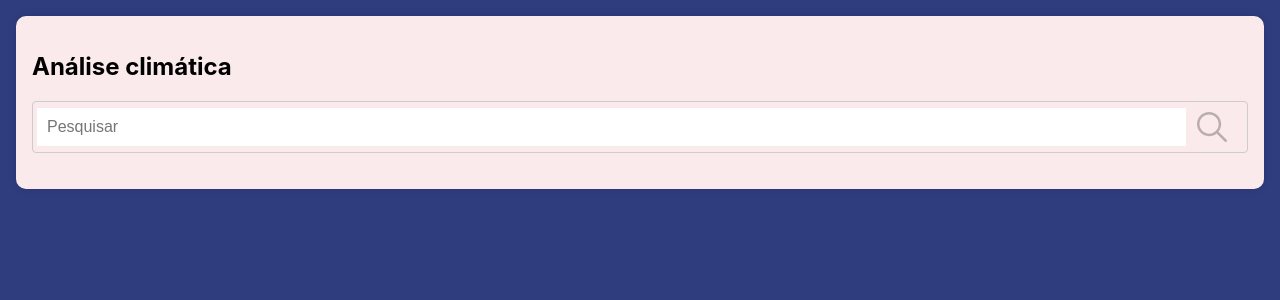
Repository: yurilemos/climate-check
Page: /
These files come from the project's save history. The page is drawn as it stood at one moment and after the next save; the edit follows.
The browser window is 1280 px wide. The pictures show the whole page.
The project was rebuilt for these pictures with package versions that can differ from the ones it lists, and the page was loaded fresh each time. Also part of the build but not shown: src/pages/notFound/index.jsx.

Above is the page before, as saved 2023-05-19 17:48:19.

### src/App.js
import "./global.css";
import { Router } from "./router";

function App() {
  return <Router />;
}

export default App;

### src/global.css
:root {
  --cor-azul-escuro: #2F3C7E;
  --cor-rosa-claro: #FBEAEB;
  --cor-azul-claro: #94A2D9;
  --cor-azul-medio: #5B6BAA;
  --cor-azul-marinho: #1C244E;
  --cor-rosa-medio: #F4C4C7;
  --cor-rosa-escuro: #E38084;
  --cor-cinza-claro: #EAEAEA;
  --cor-cinza-escuro: #6B6B6B;
  --cor-branco: #FFFFFF;
}


body {
  background-color: var(--cor-azul-escuro);
}

### src/router/index.jsx
import React from 'react';
import { BrowserRouter, Routes, Route } from 'react-router-dom';
import { Home } from '../pages/home';
import { NotFound } from '../pages/notFound';


export const Router = () => {
  return (
    <BrowserRouter>
      <Routes>
        <Route path="/" element={<Home />} />
        <Route path="*" element={<NotFound />} />
      </Routes>
    </BrowserRouter>
  );
};

### src/pages/home/index.jsx
import React from "react";
import SearchInput from "../../components/searchInput";
import Card from "../../components/card";
import { HomeBody } from "./style";


export const Home = () => {

  return (
    <HomeBody>
      <Card>
        <h2>Análise climática</h2>
        <SearchInput label="Pesquisar" onSearch={(e)=>{console.log(e)}}/>

      </Card>
    </HomeBody>
  );
};

### src/components/searchInput/index.jsx
import React, { useState } from 'react';
import { CustomSearchContainer, SearchContent, Input, SearchButton, SearchIcon } from './style.js';

const SearchInput = ({label, onSearch}) => {
  const [searchValue, setSearchValue] = useState('');

  const handleSearch = () => {
    // Lógica para executar a ação de pesquisa
    onSearch(searchValue);
  };

  const handleKeyDown = (event) => {
    if (event.key === 'Enter') {
      handleSearch();
    }
  };

  return (
   <CustomSearchContainer>
    <SearchContent>
      <Input
          id="custom-search"
          placeholder={label ?? 'Pesquisar'}
          type="search"
          value={searchValue}
          onChange={(event) => setSearchValue(event.target.value)}
          onKeyDown={handleKeyDown}
        />
        <SearchButton
          className="search-icon"
          onClick={handleSearch}
        >
          <SearchIcon src="images/search-icon.svg" alt='pesquisar' />
        </SearchButton>
      </SearchContent>
  </CustomSearchContainer>
  );
};

export default SearchInput;

### src/components/card/index.jsx
import React from 'react';
import './style.css'

const Card = ({children}) => {
  return (
    <div className="card-component">
      {children}
    </div>
  );
};

export default Card;

### src/pages/home/style.js
import styled from "styled-components";

export const HomeBody = styled.div`
  padding: 1rem;
`;

export const HomeContent = styled.div`
  display: flex;
  flex-direction: column;
  align-items: center;
  justify-content: center;
`;

### src/components/searchInput/style.js
import styled from "styled-components";

export const CustomSearchContainer = styled.div`
  position: relative;
  margin-bottom: 20px;
`;

export const SearchContent = styled.div`
  display: flex;
  align-items: center;
  border: 1px solid #ccc;
  border-radius: 4px;
  padding: 4px;
`;

export const Input = styled.input`
  flex: 1;
  padding: 10px;
  border: none;
  font-size: 16px;
  outline: none;
  position: relative;
`;

export const SearchButton = styled.button`
  cursor: pointer;
  background: none;
  border: none;
  transition: color 0.3s ease;

  &:hover {
    color: #000;
  }

  &:active {
    transform: scale(0.95);
  }
`;

export const SearchIcon = styled.img`
  vertical-align: middle;
  margin-right: 5px;
  width: 40px;
  height: 40px;
`;

### src/components/card/style.css
.card-component {
  padding: 1rem;
  background-color: #FBEAEB;
  border-radius: 10px;
  box-shadow: 0 0 10px rgba(0, 0, 0, 0.1);
}

Loaded but not shown: public/index.html (common file); src/index.js (common file); src/index.css (common file); src/reportWebVitals.js (common file)

After the next save:
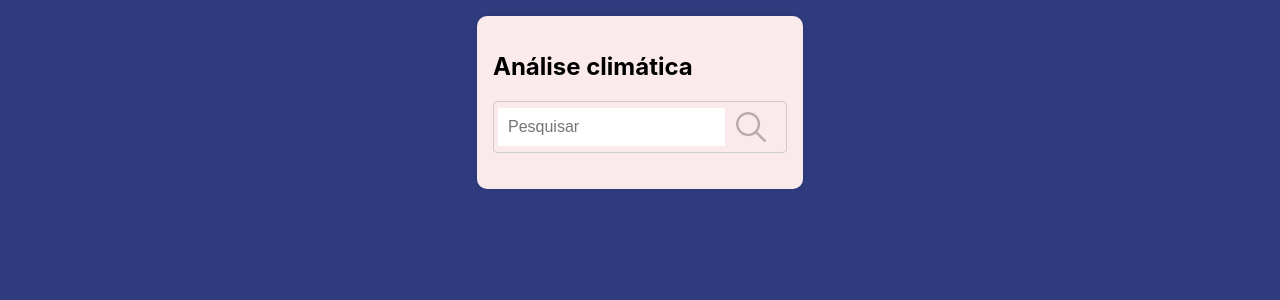
Saved 31 s later.
--- a/src/pages/home/index.jsx
+++ b/src/pages/home/index.jsx
@@ -1,18 +1,20 @@
 import React from "react";
 import SearchInput from "../../components/searchInput";
 import Card from "../../components/card";
-import { HomeBody } from "./style";
+import { HomeBody, HomeContent } from "./style";
 
 
 export const Home = () => {
 
   return (
     <HomeBody>
+      <HomeContent>
       <Card>
         <h2>Análise climática</h2>
         <SearchInput label="Pesquisar" onSearch={(e)=>{console.log(e)}}/>
 
       </Card>
+      </HomeContent>
     </HomeBody>
   );
 };
